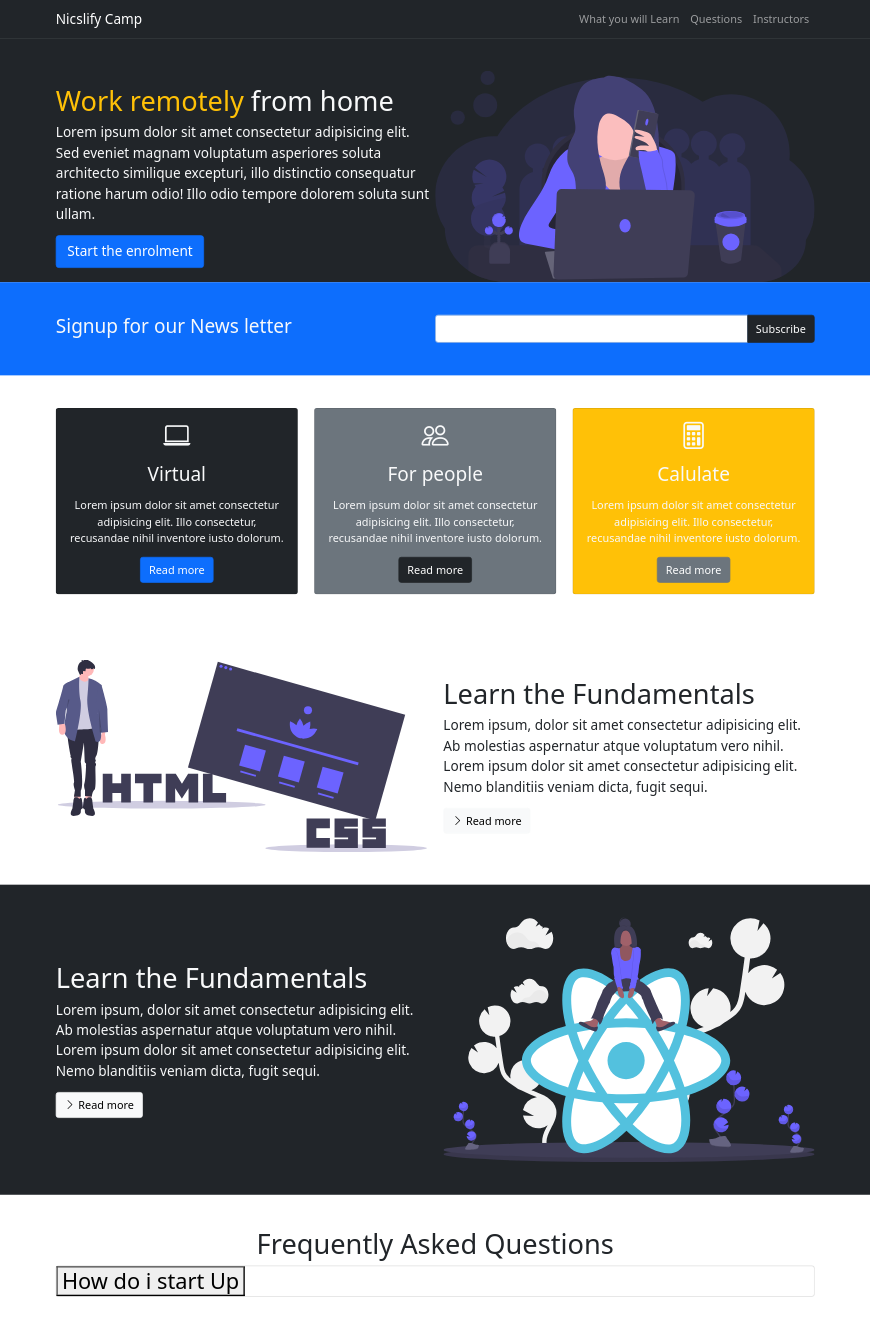
Repository: Eugene44-hub/enrollment-site
Page: index.html
The author's editor kept a copy of each file at every save. The page is drawn from the files as they stood at one save, then again after a run of saves.
The browser window is 1280 px wide. The pictures show the whole page, at 68% of full size.
Some web libraries are served in a nearby version.

Above is the page before, as saved 2021-10-20 14:59:53.

### index.html
<!DOCTYPE html>
<html lang="en">

<head>
    <meta charset="UTF-8">
    <meta http-equiv="X-UA-Compatible" content="IE=edge">
    <meta name="viewport" content="width=device-width, initial-scale=1.0">
    <!-- CSS only -->
    <link href="https://cdn.jsdelivr.net/npm/bootstrap@5.1.3/dist/css/bootstrap.min.css" rel="stylesheet" integrity="sha384-1BmE4kWBq78iYhFldvKuhfTAU6auU8tT94WrHftjDbrCEXSU1oBoqyl2QvZ6jIW3" crossorigin="anonymous">
    <link rel="stylesheet" href="https://cdn.jsdelivr.net/npm/bootstrap-icons@1.6.1/font/bootstrap-icons.css">
    <link rel="stylesheet" href="style.css">
    <title>Bootstrap webpage</title>
</head>

<body>
    <!-- nav bar starts -->
    <nav class="navbar navbar-expand-md bg-dark navbar-dark">
        <div class="container">
            <a href="" class="navbar-brand">Nicslify Camp</a>

            <button class="navbar-toggler" type="button" data-bs-toggle='collapse' data-bs-target="#navmenu">
              <span class="navbar-toggler-icon"></span>
            </button>

            <div class="collapse navbar-collapse" id="navmenu">
                <ul class="navbar-nav ms-auto text-center text-sm-start">
                    <li class="nav-item">
                        <a href="#learn" class="nav-link">What you will Learn</a>
                    </li>
                    <li class="nav-item">
                        <a href="#" class="nav-link">Questions</a>
                    </li>
                    <li class="nav-item">
                        <a href="#" class="nav-link">Instructors</a>
                    </li>
                </ul>
            </div>
        </div>
    </nav>
    <!-- nav bar ends -->


    <!-- showCase starts -->
    <section class="bg-dark text-light text-center text-sm-start p-lg-0 pt-5 pb-5">
        <div class="container">
            <div class="d-md-flex pt-5 align-items-center">
                <div class="">
                    <div class="h1 "><span class="text-warning">Work remotely</span> from home</div>
                    <p class="lead">Lorem ipsum dolor sit amet consectetur adipisicing elit. Sed eveniet magnam voluptatum asperiores soluta architecto similique excepturi, illo distinctio consequatur ratione harum odio! Illo odio tempore dolorem soluta sunt ullam.</p>
                    <button class="btn btn-primary btn-lg ">Start the enrolment</button>
                </div>
                <img src="undraw_working_remotely_jh40.svg" class="img-fluid w-50 d-none d-md-block" alt="">
            </div>
        </div>
    </section>
    <!-- showCase ends -->

    <!-- signup starts -->
    <section class="bg-primary text-light p-5">
        <div class="container">
            <div class="d-md-flex justify-content-between">
                <p class="h3">Signup for our News letter</p>
                <div class="input-group" id="input-field">
                    <input type="text" class="form-control">
                    <button type="button" class="btn btn-dark">Subscribe</button>
                </div>
            </div>
        </div>
    </section>
    <!-- signup ends -->

    <!-- boxes starts -->
    <section class="my-5">
        <div class="container">
            <div class="row g-4">
                <div class="col-md">
                    <div class="card bg-dark text-center text-light ">
                        <div class="card-body">
                            <div class="h1 mb-3"><i class="bi bi-laptop"></i></div>
                            <div class="card-title h3 mb-3">Virtual</div>
                            <div class="card-text">
                                Lorem ipsum dolor sit amet consectetur adipisicing elit. Illo consectetur, recusandae nihil inventore iusto dolorum.
                            </div>
                            <a href="" class="btn btn-primary mt-3">Read more</a>
                        </div>
                    </div>


                </div>
                <div class="col-md">
                    <div class="card bg-secondary text-center text-light ">
                        <div class="card-body">
                            <div class="h1 mb-3"><i class="bi bi-people"></i></div>
                            <div class="card-title h3 mb-3">For people</div>
                            <div class="card-text">
                                Lorem ipsum dolor sit amet consectetur adipisicing elit. Illo consectetur, recusandae nihil inventore iusto dolorum.
                            </div>
                            <a href="" class="btn btn-dark mt-3">Read more</a>
                        </div>
                    </div>
                </div>
                <div class="col-md">
                    <div class="card bg-warning text-center text-light ">
                        <div class="card-body">
                            <div class="h1 mb-3"><i class="bi bi-calculator"></i></div>
                            <div class="card-title h3 mb-3">Calulate</div>
                            <div class="card-text">
                                Lorem ipsum dolor sit amet consectetur adipisicing elit. Illo consectetur, recusandae nihil inventore iusto dolorum.
                            </div>
                            <a href="" class="btn btn-secondary mt-3">Read more</a>
                        </div>
                    </div>
                </div>
            </div>
        </div>
    </section>
    <!-- boxes starts -->

    <!-- learn section starts -->
    <section class="p-5" id=learn>
        <div class="container">
            <div class="row align-items-center">

                <div class="col-md">
                    <img src=" frontend.svg " class="img-fluid">
                </div>



                <div class="col-md mt-5 mt-md-0 ">
                    <h1>Learn the Fundamentals</h1>
                    <p class="lead ">
                        Lorem ipsum, dolor sit amet consectetur adipisicing elit. Ab molestias aspernatur atque voluptatum vero nihil. <br> Lorem ipsum dolor sit amet consectetur adipisicing elit. Nemo blanditiis veniam dicta, fugit sequi.
                    </p>
                    <a href=# class="btn btn-light"><i class="bi bi-chevron-right"></i> Read more</a>
                </div>
            </div>
        </div>
    </section>

    <section class="p-5 bg-dark text-light" id=learn>
        <div class="container">
            <div class="row align-items-center">

                <div class="col-md">
                    <h1>Learn the Fundamentals</h1>
                    <p class="lead ">
                        Lorem ipsum, dolor sit amet consectetur adipisicing elit. Ab molestias aspernatur atque voluptatum vero nihil. <br> Lorem ipsum dolor sit amet consectetur adipisicing elit. Nemo blanditiis veniam dicta, fugit sequi.
                    </p>
                    <a href=# class="btn btn-light"><i class="bi bi-chevron-right"></i> Read more</a>
                </div>

                <div class="col-md   mt-5 mt-md-0 ">
                    <img src=" react.svg " class="img-fluid">
                </div>
            </div>
        </div>
    </section>
    <!-- learn section ends -->

    <!-- Questions starts -->
    <section class="p-5">
        <div class="container">
            <h1 class="text-center">Frequently Asked Questions</h1>

            <div class="accordion">
                <div class="accordion-item">
                    <h2 class="accordion-header">
                        <button type="button" data-bs-toggle="collapse" data-bs-target="questionOne">
                        How do i start Up
                    </button>
                    </h2>
                </div>
            </div>
        </div>

    </section>
    <!-- Questions ends -->

</body>
<!-- JavaScript Bundle with Popper -->
<script src="https://cdn.jsdelivr.net/npm/bootstrap@5.1.3/dist/js/bootstrap.bundle.min.js " integrity="sha384-ka7Sk0Gln4gmtz2MlQnikT1wXgYsOg+OMhuP+IlRH9sENBO0LRn5q+8nbTov4+1p " crossorigin="anonymous "></script>

</html>

### style.css
@media screen and (min-width:768px) {
    #input-field {
        width: 50%;
    }
}

After the next 3 saves:
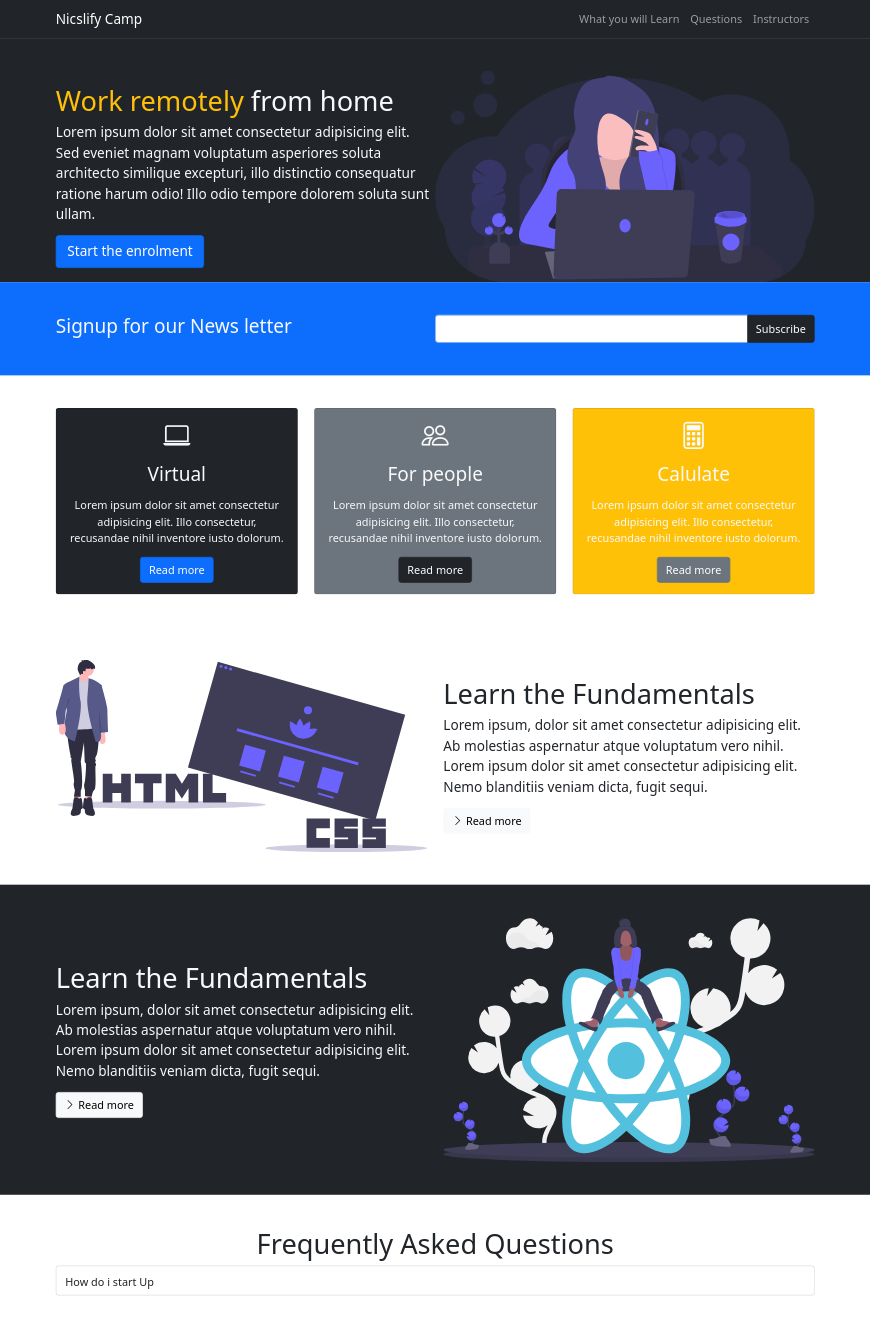
The 3 saves are shown as one change because they came seconds apart.
The last was saved 29 s later.
--- a/index.html
+++ b/index.html
@@ -166,7 +166,7 @@
             <div class="accordion">
                 <div class="accordion-item">
                     <h2 class="accordion-header">
-                        <button type="button" data-bs-toggle="collapse" data-bs-target="questionOne">
+                        <button class="btn" type="button" data-bs-toggle="collapse" data-bs-target="questionOne">
                         How do i start Up
                     </button>
                     </h2>
